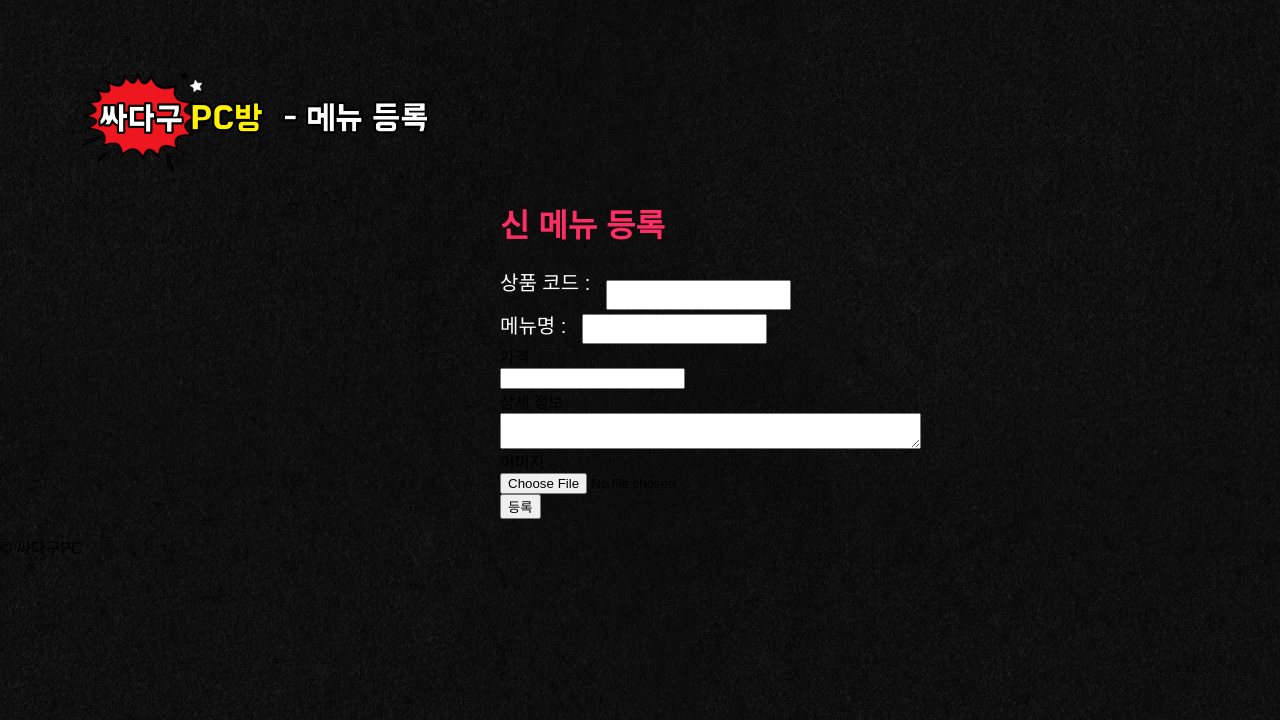
Repository: lkwoung/webProject-assignment
Page: http://localhost/CheapPC/addMenu.jsp
An editor plug-in stored every save of this project. The page is shown before and after the next save, followed by the edit.
The browser window is 1280 px wide. The pictures show the whole page.
Some web fonts or font styles are not loaded; a fallback is used. The page is served by Tomcat 9. Other server files are loaded and not shown.

Above is the page before, as saved 2020-12-13 14:49:37.

### CheapPC/WebContent/addMenu.jsp
<%@ page contentType="text/html; charset=utf-8" %>
<html>

<head>
<link href="https://fonts.googleapis.com/earlyaccess/hanna.css" rel="stylesheet" type="text/css" />
<link rel="stylesheet" href="css/addMenu.css">
<title>메뉴 추가</title>
</head>
<body>
<div style="margin-top:200px; margin-left:500px;" >
<h1 style="color:#FE2E64;">신 메뉴 등록 </h1>
	<form name = "newProduct" action="./processAddBook.jsp" method = "post">
	<div style="color:#fff; font-size:20px;">
		<label >상품 코드  :</label>
			<input type="text" style="margin-left:10px; height:30px; padding-bottom:20px"name="FoodId" class="form-control">
	</div>
<div style="color:#fff; font-size:20px;">
		<label >메뉴명  :</label>
			<input type="text" style="margin-left:10px; height:30px;"name="name" class="form-control">

	</div>

	<div class="form-group row">
		<label class="col-sm-2">가격</label>
		<div class = "col-sm-3">
			<input type="text" name="price" class="form-control">
		</div>
	</div>

	<div class="form-group row">
		<label class="col-sm-2">상세 정보</label>
		<div class = "col-sm-5">
			<textarea name = "description" cols="50" rows="2"
			class="form-control"></textarea>
		</div>
	</div>

	<div class="form-group row">
		<label class="col-sm-2">이미지</label>
		<div class = "col-sm-5">
			<input type = "file" name = "productImage" class="form-control">
		</div>
	</div>


	<div class="form-group row">
		<div class = "col-sm-offset-2 col-sm-10">
			<input type="submit" name="btn btn-primary" value="등록">
		</div>
	</div>


	</form>
</div>



<footer class="container">
<p>&copy; 싸다구PC</p>
</footer>
</body>

</html>

### CheapPC/WebContent/css/addMenu.css
body
{
	background: url(image/menu.png) no-repeat center center fixed;
	-webkit-background-size: cover;
	-moz-background-size: cover;
	-o-background-size: cover;
	background-size: cover;
    margin: 0;
    font-size: 16px;
    font-family:'Hanna', sans-serif;
    -webkit-font-smoothing: antialiased;
}

After the next save:
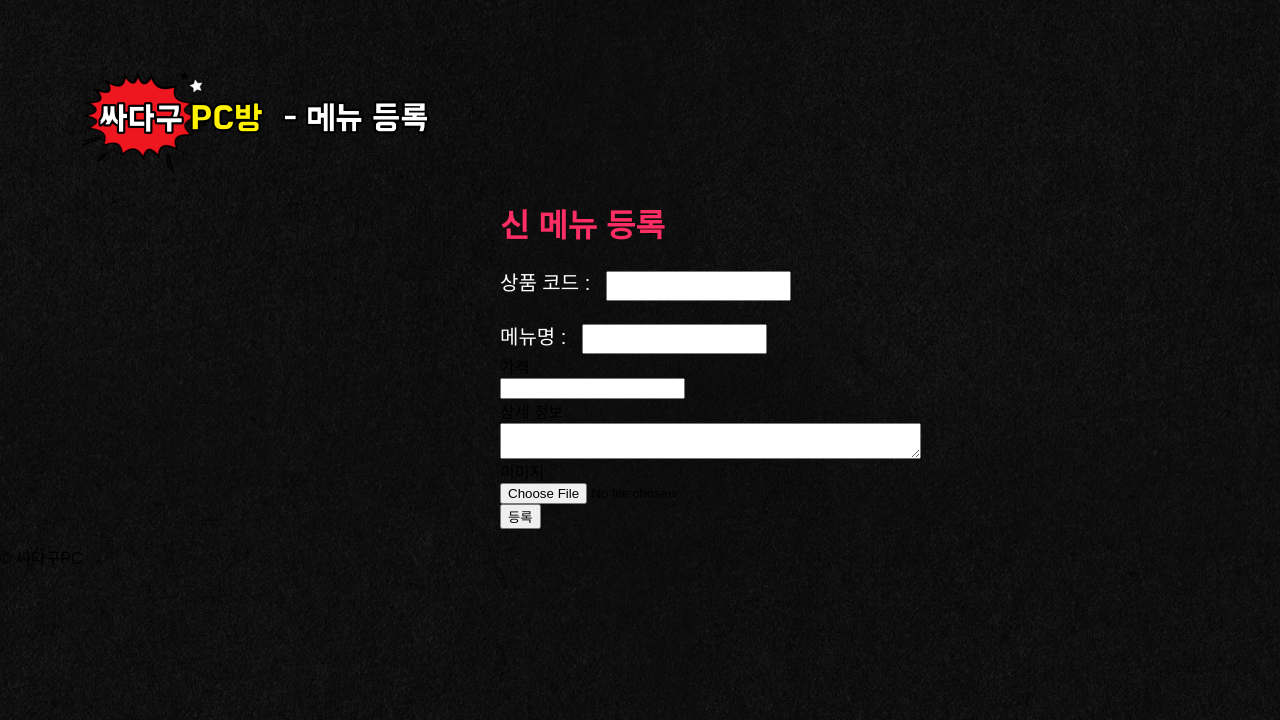
Saved 15 s later.
--- a/CheapPC/WebContent/addMenu.jsp
+++ b/CheapPC/WebContent/addMenu.jsp
@@ -12,7 +12,7 @@
 	<form name = "newProduct" action="./processAddBook.jsp" method = "post">
 	<div style="color:#fff; font-size:20px;">
 		<label >상품 코드  :</label>
-			<input type="text" style="margin-left:10px; height:30px; padding-bottom:20px"name="FoodId" class="form-control">
+			<input type="text" style="margin-left:10px; height:30px; margin-bottom:20px"name="FoodId" class="form-control">
 	</div>
 <div style="color:#fff; font-size:20px;">
 		<label >메뉴명  :</label>
